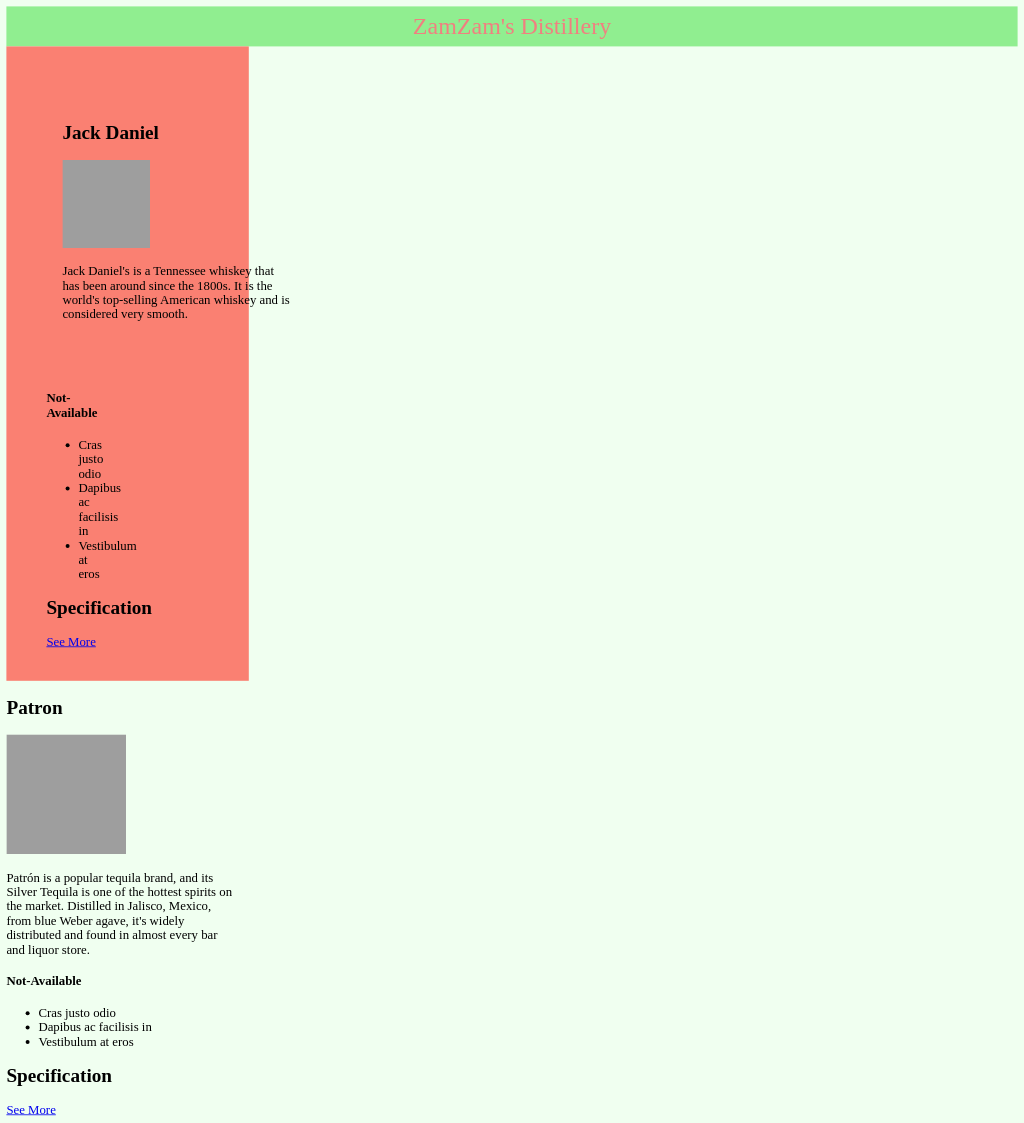
Repository: ZamlZam/REPO-11
Page: product-cards/index.html
These files come from the project's save history. The page is drawn as it stood at one moment and after a run of saves; the edit follows.
The browser window is 1280 px wide. The pictures show the whole page, at 80% of full size.
Pictures or frames that could not be fetched are drawn as grey boxes.

Above is the page before, as saved 2023-04-14 17:21:23.

### product-cards/index.html
<!DOCTYPE html>
<html lang="en">
<head>
  <meta charset="UTF-8">
  <meta http-equiv="X-UA-Compatible" content="IE=edge">
  <meta name="viewport" content="width=device-width, initial-scale=1.0">
  <title>Document</title>
  <link rel="stylesheet" href="main.css">
</head>
<body>

  <div class ="wrapper">
    <div class="header"> ZamZam's Distillery</div>

  <div class="card-wrap">
    <div class="card-item">
    <div class="card1" style="width: 18rem;">
      <h2 class="whiskey">Jack Daniel</h2>
     <img src="https://www.finewinedelivery.co.nz/content/products/original/16561.jpg?width=1136" height = "150px" width="150px" alt="">
    <div class="card-body">

      <p class="card-text">Jack Daniel's is a Tennessee whiskey that has been around since the 1800s. It is the world's top-selling American whiskey and is considered very smooth.</p>
    </div>
  </div>
    <h4 class="Available">Not-Available</h4>
    <ul class="list-group list-group-flush">
      <li class="list-group-item">Cras justo odio</li>
      <li class="list-group-item">Dapibus ac facilisis in</li>
      <li class="list-group-item">Vestibulum at eros</li>
    </ul>
    <h2 class="specification">Specification</h2>
    <div class="card-body">
      <a href="#" class="btn btn-primary">See More</a>

    </div>
  </div>
  </div>
  </div>

  <div class="card-wrap2">
    <div class="card-item">
    <div class="card2" style="width: 18rem;">
      <h2 class="tequila">Patron</h2>
     <img src="https://th.bing.com/th/id/OIP.omD1u9-5BvE0kcntTUyq4AHaGJ?pid=ImgDet&rs=1" height = "150px" width="150px" alt="">
    <div class="card-body">

      <p class="card-text">Patrón is a popular tequila brand, and its Silver Tequila is one of the hottest spirits on the market. Distilled in Jalisco, Mexico, from blue Weber agave, it's widely distributed and found in almost every bar and liquor store.</p>
    </div>
  </div>
    <h4 class="Available">Not-Available</h4>
    <ul class="list-group list-group-flush">
      <li class="list-group-item">Cras justo odio</li>
      <li class="list-group-item">Dapibus ac facilisis in</li>
      <li class="list-group-item">Vestibulum at eros</li>
    </ul>
    <h2 class="specification">Specification</h2>
    <div class="card-body">
      <a href="#" class="btn btn-primary">See More</a>

    </div>
  </div>
  </div>
</div>
</body>


</html>

### product-cards/main.css
body{
  background-color:honeydew;
}

.wrapper .header {
  width: 100%;
  height: 50px;
  background: lightgreen;
  color: lightcoral;
  text-align: center;
  align-items: center;
  font-size: 30px;
  display:flex;
  justify-content: center;
  font-weight:500;
}

.card-wrap {
  padding: 25px;
  background-color:salmon;
  width: 20%;
  height: 100%;
  display: flex;
  justify-content: space-between;
  flex-wrap: wrap;
}

.card-wrap .card-item {
  padding: 15px 25px;
  width: 25%;
}

.card-wrap .card1 {
  padding: 35px 20px;
  border-radius: 5px;
  min-width: 225px;
  min-height: 300px;
}

.card-wrap .card1 img{
  width:110px;
  height:110px
}

After the next 2 saves:
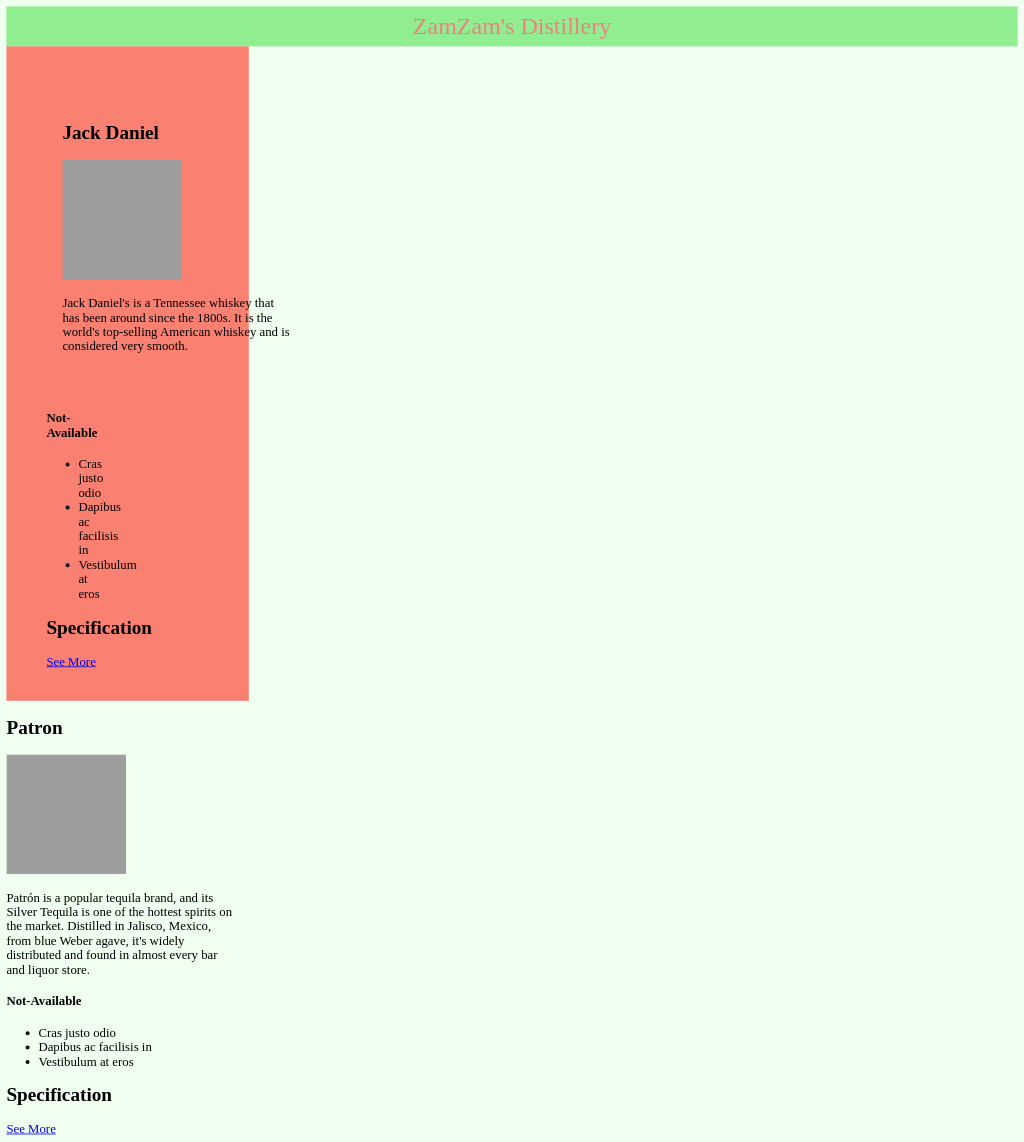
The 2 saves are shown as one change because they came seconds apart.
The last was saved 40 s later.
--- a/product-cards/main.css
+++ b/product-cards/main.css
@@ -38,6 +38,5 @@
 }
 
 .card-wrap .card1 img{
-  width:110px;
-  height:110px
+  mar
 }
